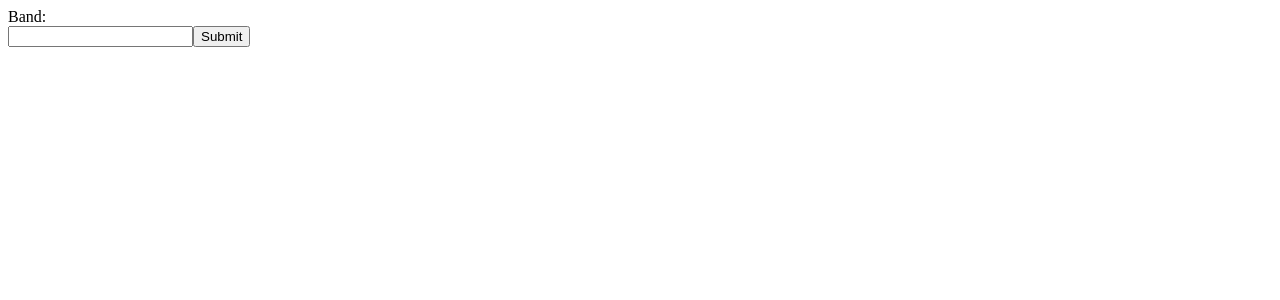
Repository: charliejp0311/building-forms-lab-onl01-seng-pt-012120
Page: /
An editor plug-in stored every save of this project. The page is shown before and after the next save, followed by the edit.
The browser window is 1280 px wide. The pictures show the whole page.
The project was rebuilt for these pictures with package versions that can differ from the ones it lists, and the page was loaded fresh each time. Also part of the build but not shown: webpack.config.js.

Above is the page before, as saved 2020-10-20 14:38:07.

### public/index.html
<!doctype html>
<html lang="en">
  <head>
    <meta charset="utf-8">
    <meta name="viewport" content="width=device-width, initial-scale=1">
    <link rel="shortcut icon" href="%PUBLIC_URL%/favicon.ico">
    <!--
      Notice the use of %PUBLIC_URL% in the tag above.
      It will be replaced with the URL of the `public` folder during the build.
      Only files inside the `public` folder can be referenced from the HTML.

      Unlike "/favicon.ico" or "favicon.ico", "%PUBLIC_URL%/favicon.ico" will
      work correctly both with client-side routing and a non-root public URL.
      Learn how to configure a non-root public URL by running `npm run build`.
    -->
    <title>React App</title>
  </head>
  <body>
    <div id="root"></div>
    <!--
      This HTML file is a template.
      If you open it directly in the browser, you will see an empty page.

      You can add webfonts, meta tags, or analytics to this file.
      The build step will place the bundled scripts into the <body> tag.

      To begin the development, run `npm start`.
      To create a production bundle, use `npm run build`.
    -->
  </body>
</html>

### src/index.js
import React from 'react';
import ReactDOM from 'react-dom';
import App from './App';
import { createStore } from 'redux'
import { Provider } from 'react-redux'
import manageBand from './reducers/manageBand'

const store = createStore(manageBand)


ReactDOM.render(
  <Provider store={store}>
    <App />
  </Provider>,
  document.getElementById('root')
);

### src/App.js
import React, { Component } from 'react';
import BandsContainer from './containers/BandsContainer';

class App extends Component {
  render() {
    // console.log(this.state)
    return (
      <div className="App">
        <BandsContainer />
      </div>
    );
  }
};

export default App;

### src/reducers/manageBand.js
export default function manageBand(state = {
  bands: [],
}, action) {
  switch (action.type) {
    case "ADD_BAND":
      return{
        bands: [
          ...state.bands,
          action.band
        ]
      }

    default:
      return state
  }
};

### src/containers/BandsContainer.js
import React, { Component } from 'react'
import { connect } from 'react-redux'
import BandInput from '../components/BandInput'
import bands from '../reducers/manageBand'

class BandsContainer extends Component {

  render() {
    // console.log(this.props)
    const {bands, dispatch} = this.props;
    return(
      <div>
        <BandInput addBand={dispatch } />

      </div>
    )
  }
}

const mapStateToProps= state => {
  return{bands: state.bands}
}
// const addDispatchToProps=dispatch=>{
//   addBand: dispatch(addBand)
// }

export default connect(mapStateToProps)(BandsContainer)

### src/components/BandInput.js
// Add BandInput component
import React, { Component } from 'react';

class BandInput extends Component {

  constructor(props){
    super(props);
    this.state = {
      band: ''
    }

  }

  handleChange=event=>{
    this.setState({
      band: event.target.value
    })
  }



  handleSubmit=event=>{
    event.preventDefault();
    this.props.addBand(this.state.band)
    this.setState({
      band: ""
    })
  }

  render() {
    return(
      <div>
        <form onSubmit={this.handleSubmit}>
          <label htmlFor='band'>Band:</label><br/>
          <input type='text' name="band" onChange={this.handleChange} value={this.state.text}/>
          <button type='submit'>Submit</button>
        </form>
      </div>
    )
  }
}

export default BandInput

After the next save:
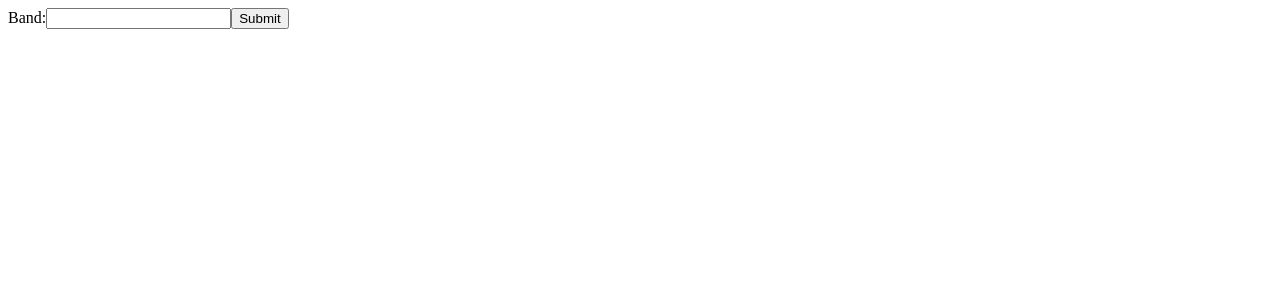
Saved 6 s later.
--- a/src/components/BandInput.js
+++ b/src/components/BandInput.js
@@ -31,7 +31,7 @@ class BandInput extends Component {
     return(
       <div>
         <form onSubmit={this.handleSubmit}>
-          <label htmlFor='band'>Band:</label><br/>
+          <label htmlFor='band'>Band:</label>
           <input type='text' name="band" onChange={this.handleChange} value={this.state.text}/>
           <button type='submit'>Submit</button>
         </form>
